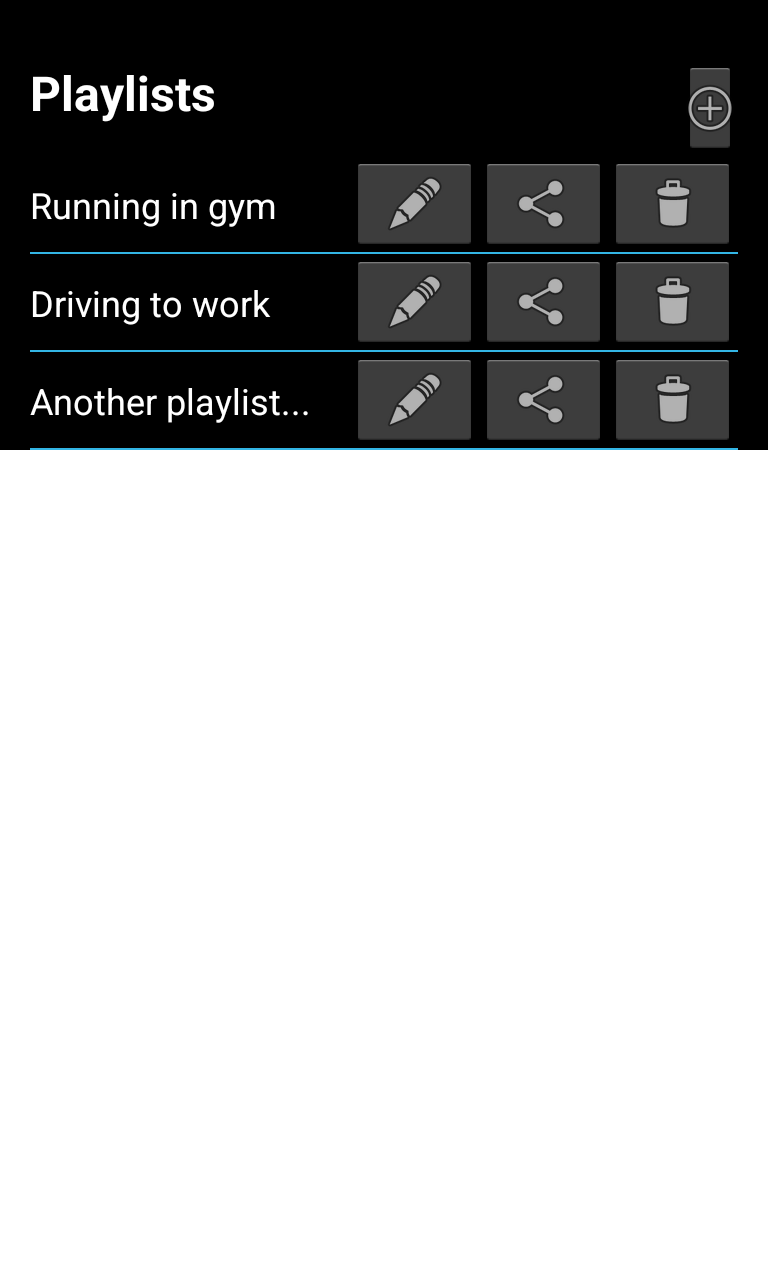
Repository: ohadsch/AwesomePlaylists
Layout: AwesomePlaylists/res/layout/activity_playlists.xml
An editor plug-in stored every save of this project. The layout is shown before and after the next save, followed by the edit.
It is drawn on a 768 x 1280 px phone screen (xhdpi) without system bars, with theme AppTheme; the app's code is not run.

Above is the layout before, as saved 2014-04-29 08:09:35.

After the next save:
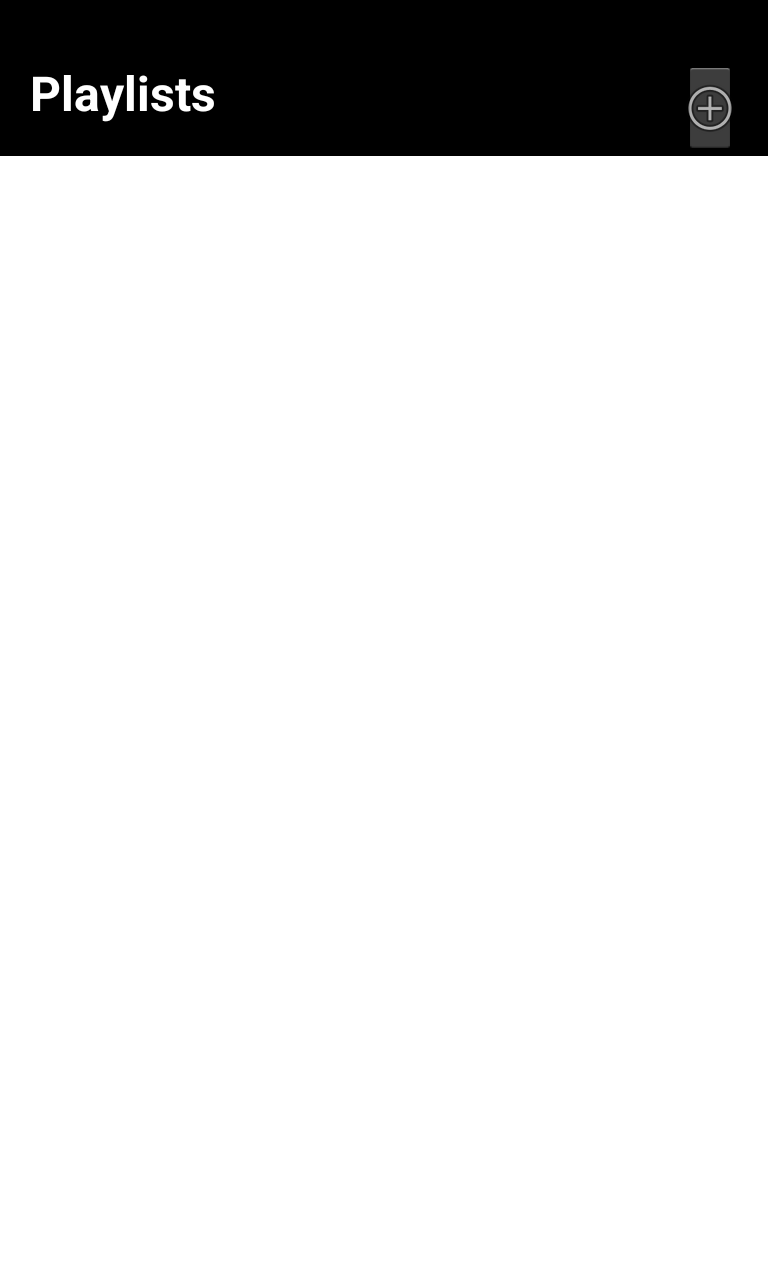
Saved 12 min 51 s later.
--- a/AwesomePlaylists/res/layout/activity_playlists.xml
+++ b/AwesomePlaylists/res/layout/activity_playlists.xml
@@ -33,138 +33,5 @@
             android:src="@android:drawable/ic_menu_add"
             android:contentDescription="@string/add_playlist_description" />
     </LinearLayout>
-
-    <LinearLayout
-        android:layout_width="fill_parent"
-        android:layout_height="wrap_content"
-        android:orientation="horizontal">
-
-        <TextView
-            android:id="@+id/playlist_name_1"
-            android:layout_width="160dp"
-            android:layout_height="wrap_content"
-            android:text="@string/playlist_example_1"
-            android:textColor="@android:color/white"
-            android:textSize="@dimen/big_text"
-            android:layout_marginTop="12dp" />
-
-        <ImageButton
-            android:id="@+id/edit_playlist_1"
-            android:layout_width="wrap_content"
-            android:layout_height="wrap_content"
-            android:layout_weight=".20"
-            android:src="@android:drawable/ic_menu_edit"
-            android:contentDescription="@string/edit_playlist_description" />
-
-        <ImageButton
-            android:id="@+id/share_playlist_1"
-            android:layout_width="wrap_content"
-            android:layout_height="wrap_content"
-            android:layout_weight=".20"
-            android:src="@android:drawable/ic_menu_share"
-            android:contentDescription="@string/share_playlist_description" />
-
-        <ImageButton
-            android:id="@+id/delete_playlist_1"
-            android:layout_width="wrap_content"
-            android:layout_height="wrap_content"
-            android:layout_weight=".20"
-            android:src="@android:drawable/ic_menu_delete"
-            android:contentDescription="@string/delete_playlist_description" />
-    </LinearLayout>
-
-    <View
-	    android:layout_width="fill_parent"
-	    android:layout_height="1dp"
-	    android:background="@android:color/holo_blue_light"/>
-
-    <LinearLayout
-        android:layout_width="fill_parent"
-        android:layout_height="wrap_content"
-        android:orientation="horizontal">
-
-        <TextView
-            android:id="@+id/playlist_name_2"
-            android:layout_width="160dp"
-            android:layout_height="wrap_content"
-            android:text="@string/playlist_example_2"
-            android:textColor="@android:color/white"
-            android:textSize="@dimen/big_text"
-            android:layout_marginTop="12dp" />
-
-        <ImageButton
-            android:id="@+id/edit_playlist_1"
-            android:layout_width="wrap_content"
-            android:layout_height="wrap_content"
-            android:layout_weight=".20"
-            android:src="@android:drawable/ic_menu_edit"
-            android:contentDescription="@string/edit_playlist_description" />
-
-        <ImageButton
-            android:id="@+id/share_playlist_1"
-            android:layout_width="wrap_content"
-            android:layout_height="wrap_content"
-            android:layout_weight=".20"
-            android:src="@android:drawable/ic_menu_share"
-            android:contentDescription="@string/share_playlist_description" />
-
-        <ImageButton
-            android:id="@+id/delete_playlist_1"
-            android:layout_width="wrap_content"
-            android:layout_height="wrap_content"
-            android:layout_weight=".20"
-            android:src="@android:drawable/ic_menu_delete"
-            android:contentDescription="@string/delete_playlist_description" />
-    </LinearLayout>
-
-    <View
-	    android:layout_width="fill_parent"
-	    android:layout_height="1dp"
-	    android:background="@android:color/holo_blue_light"/>
-
-    <LinearLayout
-        android:layout_width="fill_parent"
-        android:layout_height="wrap_content"
-        android:orientation="horizontal">
-
-        <TextView
-            android:id="@+id/playlist_name_3"
-            android:layout_width="160dp"
-            android:layout_height="wrap_content"
-            android:text="@string/playlist_example_3"
-            android:textColor="@android:color/white"
-            android:textSize="@dimen/big_text"
-            android:layout_marginTop="12dp" />
-
-        <ImageButton
-            android:id="@+id/edit_playlist_1"
-            android:layout_width="wrap_content"
-            android:layout_height="wrap_content"
-            android:layout_weight=".20"
-            android:src="@android:drawable/ic_menu_edit"
-            android:contentDescription="@string/edit_playlist_description" />
-
-        <ImageButton
-            android:id="@+id/share_playlist_1"
-            android:layout_width="wrap_content"
-            android:layout_height="wrap_content"
-            android:layout_weight=".20"
-            android:src="@android:drawable/ic_menu_share"
-            android:contentDescription="@string/share_playlist_description" />
-
-        <ImageButton
-            android:id="@+id/delete_playlist_1"
-            android:layout_width="wrap_content"
-            android:layout_height="wrap_content"
-            android:layout_weight=".20"
-            android:src="@android:drawable/ic_menu_delete"
-            android:contentDescription="@string/delete_playlist_description" />
-    </LinearLayout>
-
-    <View
-	    android:layout_width="fill_parent"
-	    android:layout_height="1dp"
-	    android:background="@android:color/holo_blue_light"/>
-
 </LinearLayout>
 </ScrollView>
